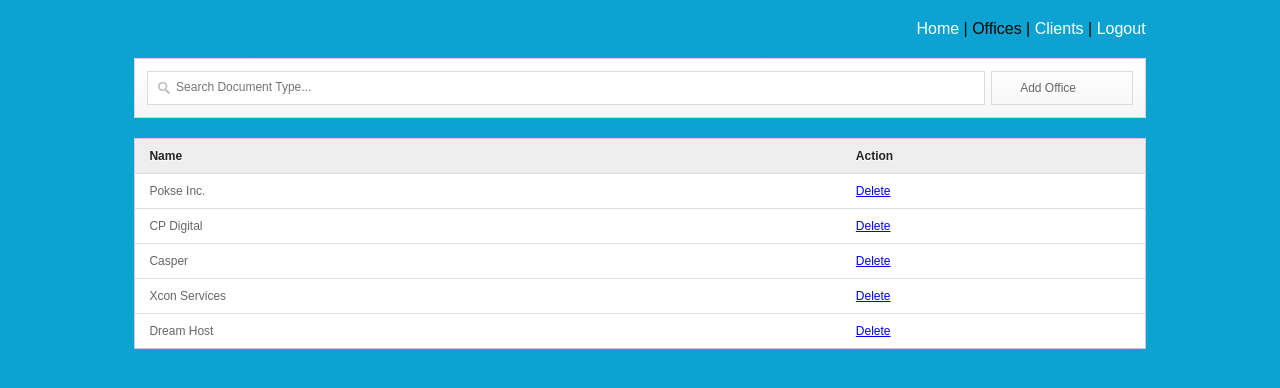
Repository: MrSyntax31/recordmanagement
Page: http://localhost/main/offices.php
An editor plug-in stored every save of this project. The page is shown before and after a run of saves, followed by the edit.
The browser window is 1280 px wide. The pictures show the whole page.
The page is run by PHP 8.4 with error messages shown; the project is at /var/www/html/. The database holds what the project's SQL file puts in it.

Above is the page before, as saved 2022-03-03 15:23:46.

After the next 3 saves:
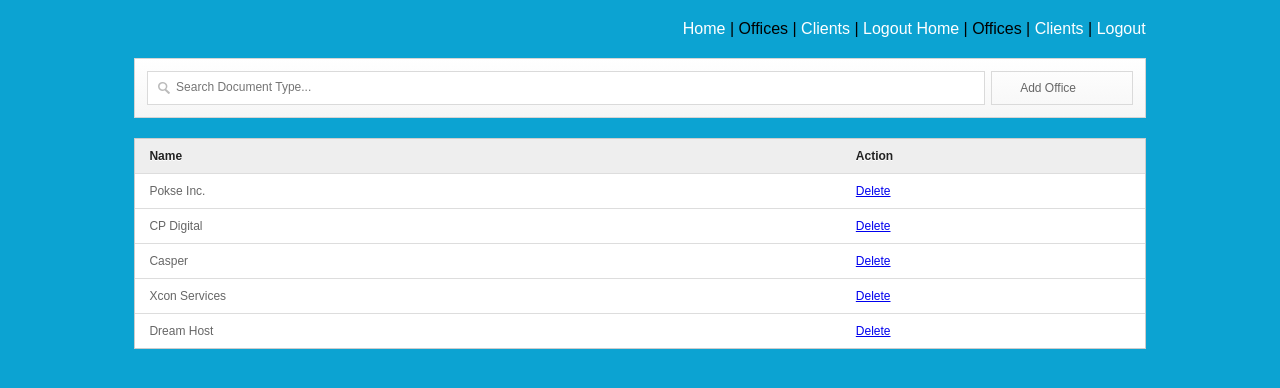
The 3 saves are shown as one change because they came seconds apart.
The last was saved 2 min 14 s later.
--- a/main/offices.php
+++ b/main/offices.php
@@ -83,6 +83,7 @@ a#add {
   </script>
 <div id="log">
 <a href="index.php">Home</a> | Offices |  <a href="clients.php">Clients</a> | <a href="../index.php">Logout</a>
+<a href="index.php">Home</a> | Offices |  <a href="clients.php">Clients</a> | <a href="../index.php">Logout</a>
 </div>
 <div id="formdesign">
 <input type="text" name="filter" value="" id="filter" placeholder="Search Document Type..." autocomplete="off" />
